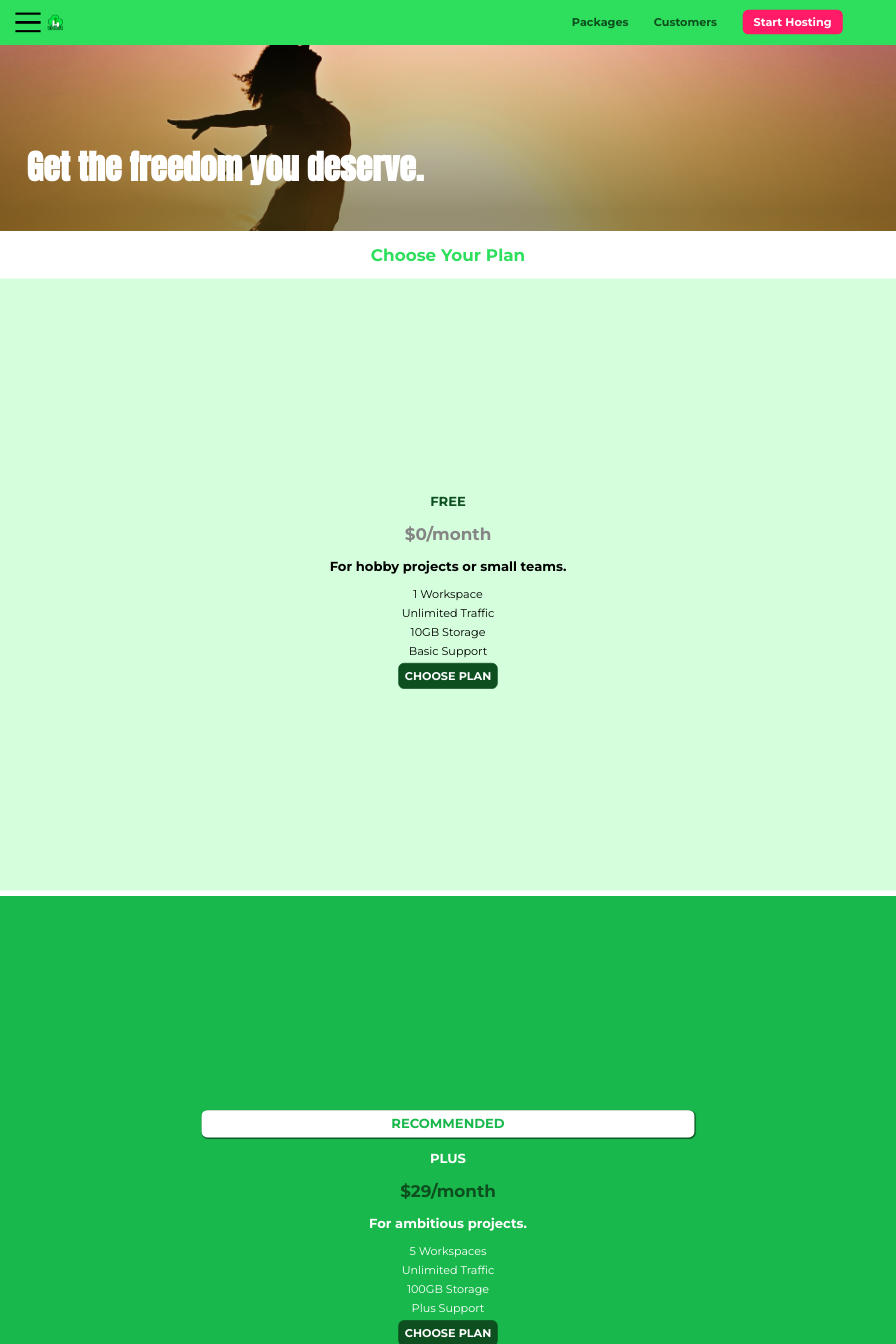
Repository: luacooli/css-course
Page: my_project/index.html
These files come from the project's save history. The page is drawn as it stood at one moment and after the next save; the edit follows.
The browser window is 1280 px wide. The pictures show the part of the page from y = 0 to 1920 px (the page is 3620 px tall before and 3652 px after), at 70% of full size.

Above is the page before, as saved 2020-09-16 07:04:31.

After the next save:
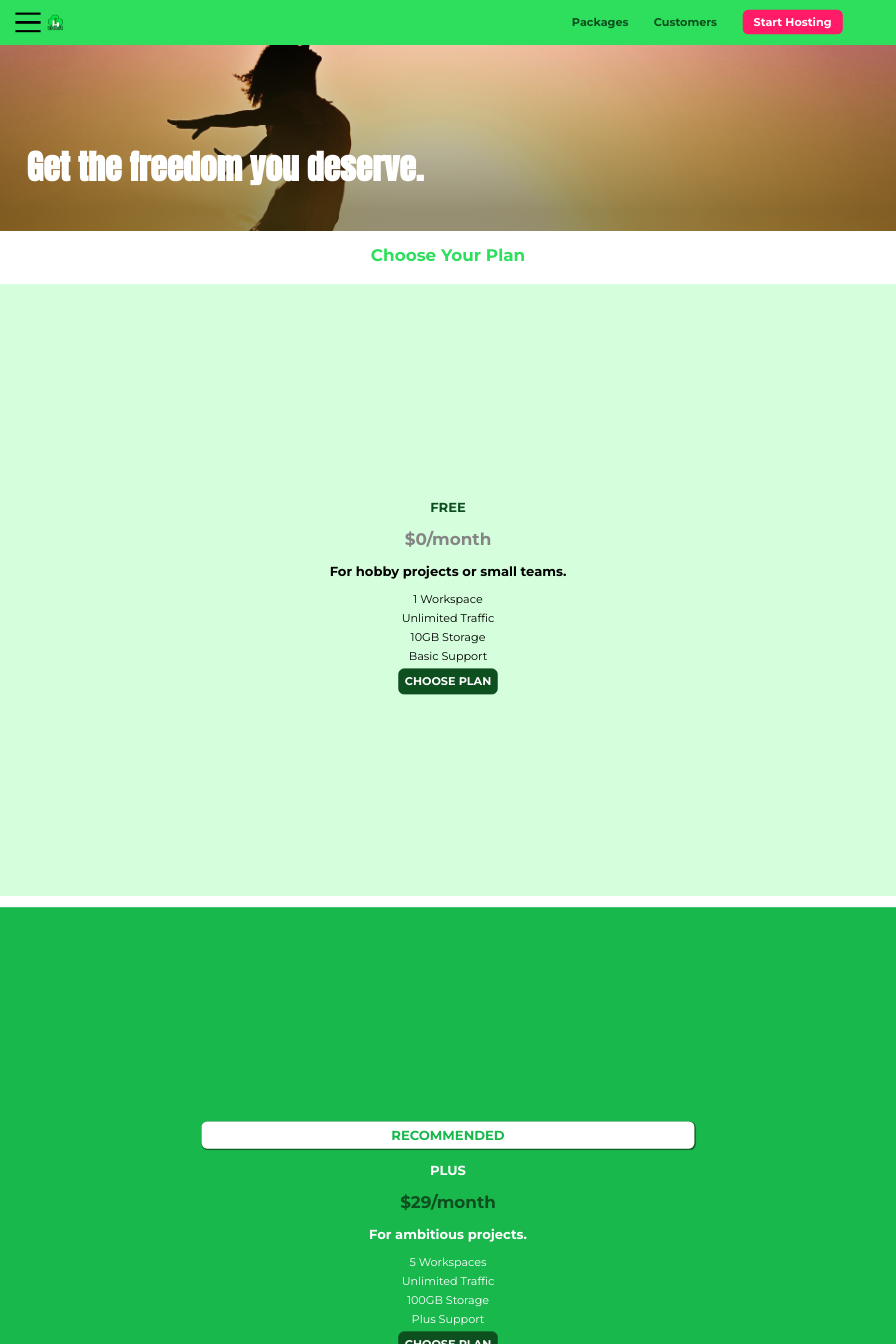
Saved 3 min 5 s later.
--- a/my_project/main.css
+++ b/my_project/main.css
@@ -95,6 +95,12 @@
   margin: 8px 0px;
 }
 
+@media (min-width: 40rem) {
+  .plan {
+    display: inline-block;
+  }
+}
+
 #key-features {
   background: #ff1b68;
   margin-top: 80px;
